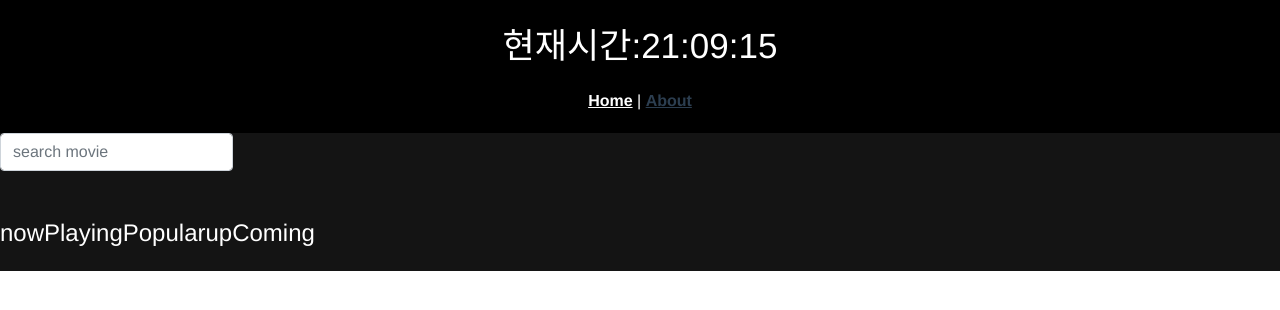
Repository: HeeJeong0718/Vuemovie
Page: /
The author's editor kept a copy of each file at every save. The page is drawn from the files as they stood at one save, then again after the next save.
The browser window is 1280 px wide. The pictures show the whole page.
The page's requests for data from a server got no answer. The project was rebuilt for these pictures with package versions that can differ from the ones it lists, and the page was loaded fresh each time. No one was signed in, and anything a server would have sent is missing. Also part of the build but not shown: vue.config.js.

Above is the page before, as saved 2022-05-29 00:23:37.

### src/main.js
import Vue from 'vue'
import App from './App.vue'
import './registerServiceWorker'
import router from './router'
import BootstrapVue from 'bootstrap-vue'
import 'bootstrap/dist/css/bootstrap.min.css'
import 'bootstrap-vue/dist/bootstrap-vue.css'

Vue.use(BootstrapVue)
Vue.config.productionTip = false

new Vue({
  router,
  render: h => h(App)
}).$mount('#app')

### src/App.vue
<template>
  <div id="app">
    <nav id="nav">
      <div class="clock">
    <p>현재시간:{{now}}</p>
    </div>
      <router-link to="/">Home</router-link> |
      <router-link to="/about">About</router-link>
    </nav>
    <router-view/>
  </div>
</template>
<script>
export default{
 data(){
   return {
       now : "00:00:00"
   }
 },
 mounted(){
      this.setTime();
 },
 methods:{
            //시계만들기
              setTime(){
                setInterval(() => {
                  const date = new Date()
                  this.now = date.getHours() +
                  ":" + this.checkSingleDigit(date.getMinutes()) + ":" +
                        this.checkSingleDigit(date.getSeconds());
                },1000)
              },
              //1의자리로 시작하는거 0붙여주기
              checkSingleDigit(digit){
                return ('0' + digit).slice(-2)
              }
 }
}
</script>

<style>
* {
  color: #ffffff;
  margin:0;
  padding:0;
}
body{
  background-color: rgb(20, 20, 20);
}
#app {
  font-family: Avenir, Helvetica, Arial, sans-serif;
  -webkit-font-smoothing: antialiased;
  -moz-osx-font-smoothing: grayscale;
  text-align: center;
  color: #2c3e50;
    background-color: rgb(20, 20, 20);
}
#nav {
  text-align: center;
  padding: 20px;
  position: relative;
  z-index: 99;
  background: black;
}

nav a {
  font-weight: bold;
  color: #2c3e50;
}

nav a.router-link-exact-active {
  color: #42b983;
}
.router-link-exact-active {
  color: white !important;
}
.clock {
    font-size: 35px;
  }
</style>

### src/router/index.js
import Vue from 'vue'
import VueRouter from 'vue-router'
import HomeView from '../views/HomeView.vue'

Vue.use(VueRouter)

const routes = [
  {
    path: '/',
    name: 'home',
    component: HomeView
  },
  {
    path: '/about',
    name: 'about',
    // route level code-splitting
    // this generates a separate chunk (about.[hash].js) for this route
    // which is lazy-loaded when the route is visited.
    component: () => import(/* webpackChunkName: "about" */ '../views/AboutView.vue')
  },
  {
    path: '/detail/:id',
    name: 'Detail',
    // route level code-splitting
    // this generates a separate chunk (about.[hash].js) for this route
    // which is lazy-loaded when the route is visited.
    component: () => import(/* webpackChunkName: "about" */ '../components/MovieDetail.vue')
  }
]

const router = new VueRouter({
  mode: 'history',
  base: process.env.BASE_URL,
  routes
})

export default router

### src/views/HomeView.vue
<template>
  <div class="home">
    <MovieSearch></MovieSearch>
    <HelloWorld msg="Welcome to Your Vue.js App"/>

  </div>
</template>

<script>
// @ is an alias to /src
import HelloWorld from '@/components/HelloWorld.vue'
import MovieSearch from '@/components/MovieSearch.vue'
export default {
  name: 'HomeView',
  components: {
    HelloWorld,
    MovieSearch
  },

}
</script>

### src/components/HelloWorld.vue
<template>
<div class="d-flex flex-wrap hello">
 <!-- <b-form @submit.prevent="onSearch()">
    <b-form-input v-model="keyword"  placeholder="search movie"></b-form-input>
  </b-form>-->
  <MovieText :text="'nowPlaying'"></MovieText>
  <MovieList :movielist="movieList"></MovieList>
    <MovieText :text="'Popular'"></MovieText>
    <MovieList :movielist="popularList"></MovieList>
    <MovieText :text="'upComing'"></MovieText>
    <MovieList :movielist="upComingList"></MovieList>

  </div>
</template>

<script>
import axios from 'axios'
import MovieText from "../components/MovieText";
import MovieList from "../components/MovieList";
export default {
  name: 'HelloWorld',
  components:{
    MovieText,MovieList
  },

  data() {
     const BASE_URL = "https://image.tmdb.org/t/p/original/";
    return {
      movieList : [],
      popularList : [],
      upComingList : [],
      BASE_URL,
      popular : {},

     // searchmovie : [],
     // keyword : ""

    }
  },
  /*created(){
    this.onSearch()
  },*/
   mounted () {


           const  popular  = 'https://api.themoviedb.org/3/movie/popular?api_key=deb18f193043c4b8d4956056c2f48184&language=ko&page=1%C2%AEion=KR'
           const  nowPlaying ='https://api.themoviedb.org/3/movie/now_playing?api_key=deb18f193043c4b8d4956056c2f48184&language=ko&page=1%C2%AEion=KR'
            const  upComing ='https://api.themoviedb.org/3/movie/upcoming?api_key=deb18f193043c4b8d4956056c2f48184&language=ko&page=1%C2%AEion=KR'
              axios.get(nowPlaying).then((response) => {
                    this.movieList = response.data.results
                    console.log("movie::" + JSON.stringify(response.data.results));
                }),

               axios.get(popular).then((response) => {
                    this.popularList = response.data.results
                    console.log("moviepopular::" + JSON.stringify(response.data.results));
                }),
                 axios.get(upComing).then((response) => {
                    this.upComingList = response.data.results
                    console.log("upComingList::" + JSON.stringify(response.data.results));
                })


            },
            methods:{
              image(img){
                 return `https://image.tmdb.org/t/p/original/${img}`;
              },
              goDetail(id){
                //return alert("id!!" + id);
                this.$router.push(`detail/${id}`);
              },
              onSearch(){
              const keyword = this.keyword;
                axios.get('https://api.themoviedb.org/3/search/movie?api_key=deb18f193043c4b8d4956056c2f48184&language=ko&query='+`${keyword}`+'&page=1&include_adult=false').then((response) => {
                  console.log("keyword" + keyword);
                  this.searchmovie = response.data.results
                    console.log("searchmovie::" + JSON.stringify(response));
                })
              },

            }
}
</script>

<!-- Add "scoped" attribute to limit CSS to this component only -->
<style scoped>
h3 {
  margin: 40px 0 0;
}
ul {
  list-style-type: none;
  padding: 0;
}
li {
  display: inline-block;
  margin: 0 10px;
}
a {
  color: #42b983;
}
.clock {
    display: inline-block;
    font-size: 35px;
  }
</style>

### src/components/MovieSearch.vue
<template>
    <div class="d-flex flex-wrap">
    <b-form @submit.prevent="onSearch()">
    <b-form-input v-model="keyword"  placeholder="search movie"></b-form-input>
  </b-form>
     <div class="movie-card"  style="width:150px;" v-for="movie in searchmovie" v-bind:key="movie.id">
    <div v-if="movie" @click="goDetail(movie.id)">
      <b-img :src='`https://image.tmdb.org/t/p/original/${movie.poster_path}`' style="width:125px; height:180px" ></b-img>
      <p>{{movie.id}}</p>
     <p>{{movie.title}}</p>
      <p>{{movie.release_date.split("-")[0]}}</p>

    </div>
  </div>
    </div>
</template>
<script>
import axios from 'axios'
export default {
  data() {

    return {
      searchmovie : [],
      keyword : ""

    }
  },
  /*created(){
    this.onSearch()
  },*/

            methods:{
              onSearch(){
              const keyword = this.keyword;
                axios.get('https://api.themoviedb.org/3/search/movie?api_key=deb18f193043c4b8d4956056c2f48184&language=ko&query='+`${keyword}`+'&page=1&include_adult=false').then((response) => {
                  console.log("keyword" + keyword);
                  this.searchmovie = response.data.results
                    console.log("searchmovie::" + JSON.stringify(response));
                })
              },
                goDetail(id){
                //return alert("id!!" + id);
                this.$router.push(`detail/${id}`);
              },
            }
}
</script>

### src/components/MovieText.vue
<template>
  <div class="h4 ml-3 mt-5 mb-4 text-white">{{text}}</div>
</template>
<script>

export default {
  props:{
      text:String
  }
}
</script>

### src/components/MovieList.vue
<template>
   <div class="d-flex flex-wrap">
    <div id="movielist" v-for="movie in movielist" :key="movie.id">
      <div  @click="goDetail(movie.id)">
      <b-img :src='`https://image.tmdb.org/t/p/original/${movie.poster_path}`' style="width:125px; height:180px"
       ></b-img>
      <p>{{movie.id}}</p>
     <p>{{movie.title}}</p>
      <p>{{movie.release_date.split("-")[0]}}</p>
      </div>
    </div>
  </div>
</template>
<script>

export default{
  //1.무비리스트를 보여주는 템플릿설정
  props : ['movielist'],
  data(){
      return {

      }
  },
  methods:{
       goDetail(id){
                //return alert("id!!" + id);
                alert("id!!" + id);
                this.$router.push(`detail/${id}`);
              }
    }

}

</script>

<style scoped>
#movielist{

  margin: 10px
}
</style>

Loaded but not shown: public/index.html (common file); src/registerServiceWorker.js (common file)

After the next save:
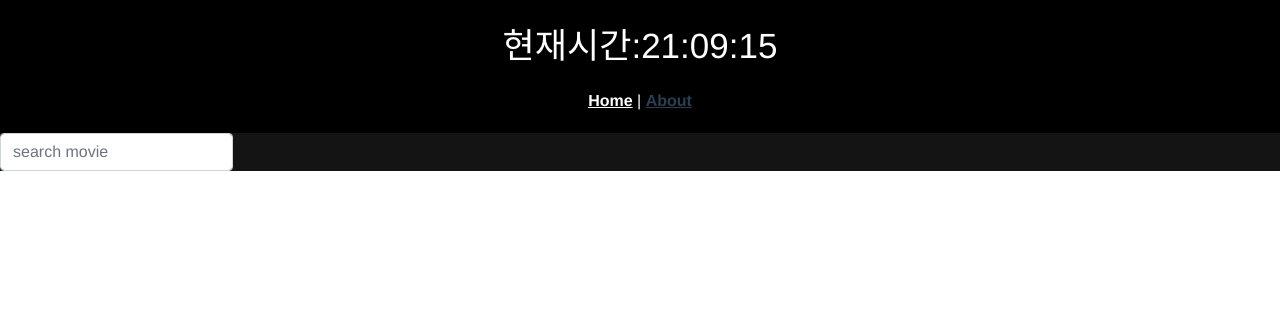
Saved 22 days later.
--- a/src/views/HomeView.vue
+++ b/src/views/HomeView.vue
@@ -1,19 +1,19 @@
 <template>
   <div class="home">
     <MovieSearch></MovieSearch>
-    <HelloWorld msg="Welcome to Your Vue.js App"/>
+
 
   </div>
 </template>
 
 <script>
 // @ is an alias to /src
-import HelloWorld from '@/components/HelloWorld.vue'
+
 import MovieSearch from '@/components/MovieSearch.vue'
 export default {
   name: 'HomeView',
   components: {
-    HelloWorld,
+
     MovieSearch
   },
 

After the save that followed:
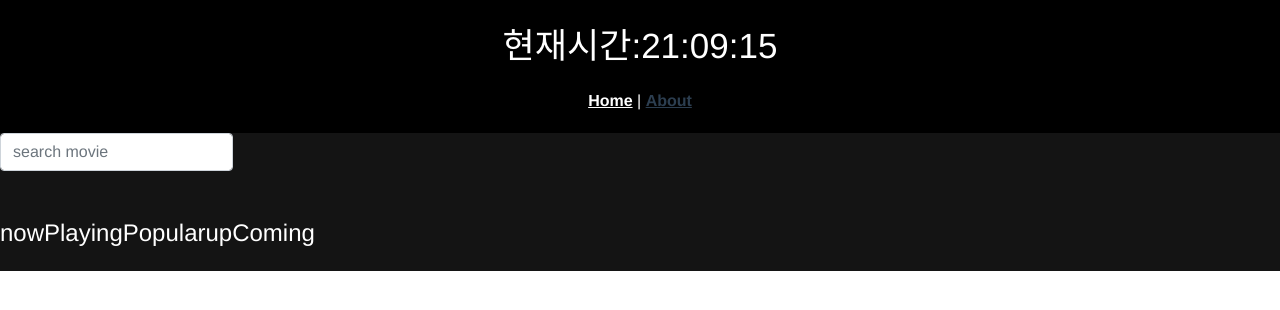
Saved 12 s later.
--- a/src/views/HomeView.vue
+++ b/src/views/HomeView.vue
@@ -1,19 +1,19 @@
 <template>
   <div class="home">
     <MovieSearch></MovieSearch>
-
+    <HelloWorld msg="Welcome to Your Vue.js App"/>
 
   </div>
 </template>
 
 <script>
 // @ is an alias to /src
-
+import HelloWorld from '@/components/HelloWorld.vue'
 import MovieSearch from '@/components/MovieSearch.vue'
 export default {
   name: 'HomeView',
   components: {
-
+    HelloWorld,
     MovieSearch
   },
 
